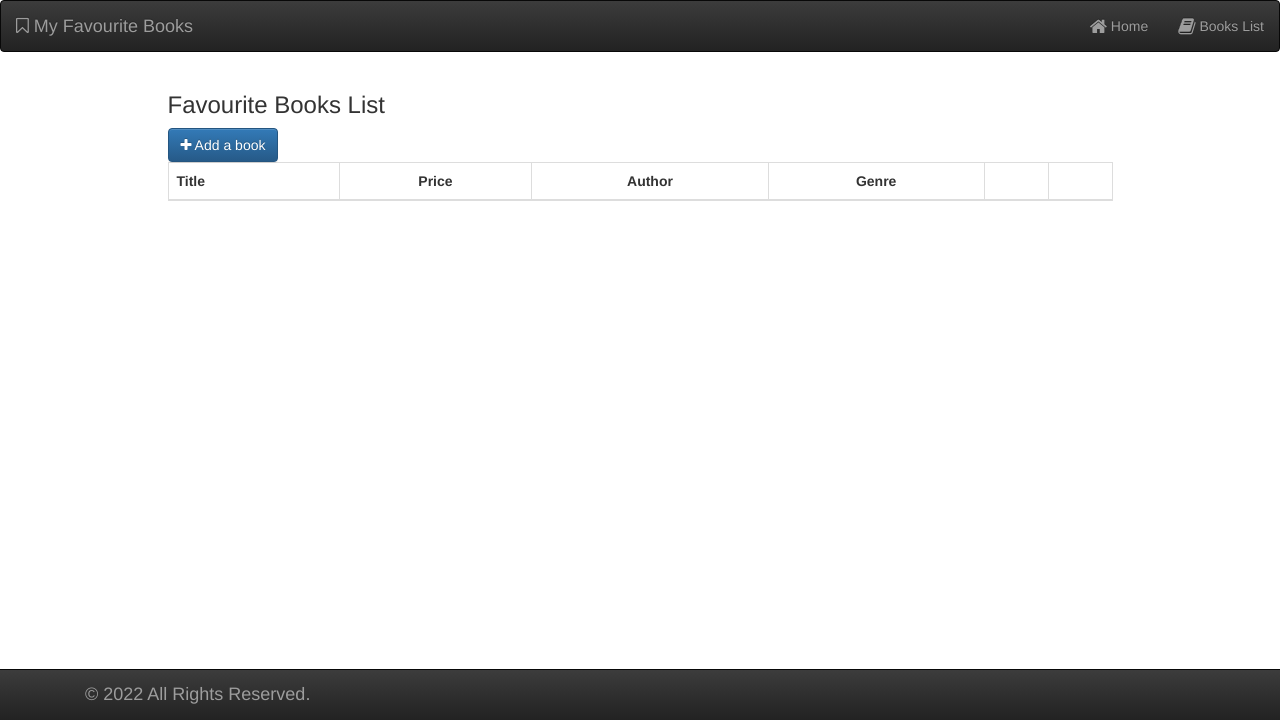
Repository: acarino4/Midterms
Page: http://localhost/books
These files come from the project's save history. The page is drawn as it stood at one moment and after the next save; the edit follows.
The browser window is 1280 px wide. The pictures show the whole page.
The page is served by the project's Node server (COMP229-F2020-MidTerm-Start/server.js). Other server files are loaded and not shown. Queries for data that is not in the repository find no rows.

Above is the page before, as saved 2022-10-22 14:11:31.

### COMP229-F2020-MidTerm-Start/server/views/books/index.ejs
<!-- Angelo Caster M. Carino
Student ID: 301223955
Midterms-->


<% include ../partials/header.ejs %>

    <!-- MAIN CONTENT -->
    <div class="container">
      <div class="row">
        <div class="col-md-offset-1 col-md-10">
          <h3>Favourite Books List </h3>
          <!-- ------------------------ -->
          <!-- FIX THE ADD BUTTON BELOW -->
          <!-- ------------------------ -->
          <a href="/book/add" class="btn btn-primary"><i class="fa fa-plus"></i> Add a book</a>
          <br>
          <div class="table-responsive">
            <table class="table table-bordered table-striped table-hover">
              <thead>
                <tr>
                  <th>Title</th>
                  <th class="text-center">Price</th>
                  <th class="text-center">Author</th>
                  <th class="text-center">Genre</th>
                  <th class="text-center"></th>
                  <th class="text-center"></th>
                </tr>
                </thead>
                <tbody>
                <!-- Template Row -->
                <% for (let count = 0; count < books.length; count++) { %>
                <tr>
                  <td><%= books[count].Title %></td>
                  <td class="text-center">$<%= books[count].Price %></td>
                  <td class="text-center"><%= books[count].Author %></td>
                  <td class="text-center"><%= books[count].Genre %></td>

                  <td class="text-center">
                    <!-- ------------------------ -->
                    <!-- ADD the EDIT BUTTON HERE -->
                    <!-- ------------------------ -->
                    <a href="/books/<%= books[count]._id %>"
                      class="btn btn-primary btn-sm">
                   <i class="fa fa-pencil-square-o"></i> Edit </a>
                  </td>

                  <td class="text-center">
                    <!-- ------------------------ -->
                    <!-- ADD the DELETE BUTTON HERE -->
                    <!-- ------------------------ -->
                    <a href="/books/delete/<%= books[count]._id %>"
                      class="btn btn-danger btn-sm">
                   <i class="fa fa-pencil-square-o"></i> Delete </a>
                  </td>
                </tr>
                <% } %>
              </tbody>
            </table>
          </div>
           <div class="col-md-offset-1 col-md-10 text-center">
            <ul class="pagination pagination-lg pager" id="myPager"></ul>
          </div>
        </div>
      </div>
    </div>

<% include ../partials/footer.ejs %>

### COMP229-F2020-MidTerm-Start/server/views/partials/header.ejs
<!-- Angelo Caster M. Carino
Student ID: 301223955
Midterms-->


<!DOCTYPE html>
<html lang="en">
  <head>
    <meta charset="utf-8">
    <meta name="viewport" content="width=device-width, initial-scale=1">
    <title><%= title %></title>
    <!-- CSS SECTION -->
    <link rel="stylesheet" href="/Scripts/lib/bootstrap/dist/css/bootstrap.min.css">
    <link rel="stylesheet" href="/Scripts/lib/bootstrap/dist/css/bootstrap-theme.min.css">
    <link rel="stylesheet" href="/Scripts/lib/font-awesome/css/font-awesome.min.css">
    <link rel='stylesheet' href='/Content/app.css' />
  </head>
  <body>

  <nav class="navbar navbar-inverse" role="navigation">
    <!-- Brand and toggle get grouped for better mobile display -->
    <div class="navbar-header">
      <button type="button" class="navbar-toggle" data-toggle="collapse" data-target=".navbar-ex1-collapse">
        <span class="sr-only">Toggle navigation</span>
        <span class="icon-bar"></span>
        <span class="icon-bar"></span>
        <span class="icon-bar"></span>
      </button>
      <a class="navbar-brand" href="/"><i class="fa fa-bookmark-o"></i> My Favourite Books</a>
    </div>

    <!-- Collect the nav links, forms, and other content for toggling -->
    <div class="collapse navbar-collapse navbar-ex1-collapse">
      <ul class="nav navbar-nav navbar-right">
        <% if(title == "Home") { %>
          <li class="active"><a href="/"><i class="fa fa-home fa-lg"></i> Home</a></li>
        <% } else { %>
          <li><a href="/"><i class="fa fa-home fa-lg"></i> Home</a></li>
        <% } %>

          <% if(title == "books") { %>
          <li class="active"><a href="/books"><i class="fa fa-book fa-lg">
          </i> Books List</a></li>
          <% } else { %>
            <li><a href="/books"><i class="fa fa-book fa-lg">
            </i> Books List</a></li>
          <% } %>

      </ul>
    </div><!-- /.navbar-collapse -->
  </nav>

### COMP229-F2020-MidTerm-Start/server/views/partials/footer.ejs
<!-- Angelo Caster M. Carino
Student ID: 301223955
Midterms-->


<nav class="navbar navbar-inverse navbar-fixed-bottom">
  <div class="container">
    <h4  class="navbar-text">&copy; 2022 All Rights Reserved.</h4>
  </div>
</nav>



<!-- JAVASCRIPT SECTION -->
    <script src="/Scripts/lib/jquery/dist/jquery.min.js"></script>
    <script src="/Scripts/lib/bootstrap/dist/js/bootstrap.min.js"></script>
    <script src="/Scripts/app.js"></script>
  </body>
</html>

### COMP229-F2020-MidTerm-Start/server.js
let app = require('./server/config/app');
let debug = require('debug')('comp308-w2019-midterm:server');
let http = require('http');

/**
 * Get port from environment and store in Express.
 */

let port = normalizePort(process.env.PORT || '3000');
app.set('port', port);

/**
 * Create HTTP server.
 */

let server = http.createServer(app);

/**
 * Listen on provided port, on all network interfaces.
 */

server.listen(port);
server.on('error', onError);
server.on('listening', onListening);

/**
 * Normalize a port into a number, string, or false.
 */

function normalizePort(val) {
  let port = parseInt(val, 10);

  if (isNaN(port)) {
    // named pipe
    return val;
  }

  if (port >= 0) {
    // port number
    return port;
  }

  return false;
}

/**
 * Event listener for HTTP server "error" event.
 */

function onError(error) {
  if (error.syscall !== 'listen') {
    throw error;
  }

  let bind = typeof port === 'string'
    ? 'Pipe ' + port
    : 'Port ' + port;

  // handle specific listen errors with friendly messages
  switch (error.code) {
    case 'EACCES':
      console.error(bind + ' requires elevated privileges');
      process.exit(1);
      break;
    case 'EADDRINUSE':
      console.error(bind + ' is already in use');
      process.exit(1);
      break;
    default:
      throw error;
  }
}

/**
 * Event listener for HTTP server "listening" event.
 */

function onListening() {
  let addr = server.address();
  let bind = typeof addr === 'string'
    ? 'pipe ' + addr
    : 'port ' + addr.port;
  debug('Listening on ' + bind);
}

### COMP229-F2020-MidTerm-Start/server/routes/books.js
/*Angelo Caster M. Carino
Student ID: 301223955
Midterms*/


// modules required for routing
let express = require('express');
let router = express.Router();
let mongoose = require('mongoose');

// define the book model
let book = require('../models/books');

/* GET books List page. READ */
router.get('/', (req, res, next) => {
  // find all books in the books collection
  book.find( (err, books) => {
    if (err) {
      return console.error(err);
    }
    else {
      res.render('books/index', {
        title: 'Books',
        books: books
      });
    }
  });

});

//  GET the Book Details page in order to add a new Book
router.get('/add', (req, res, next) => {

    /*****************
     * ADD CODE HERE *
     *****************/

     res.render('books/details', {title: 'Add Book', books: '' })

});

// POST process the Book Details page and create a new Book - CREATE
router.post('/add', (req, res, next) => {

  /*****************
   * ADD CODE HERE *
   *****************/

   let newBook = book({
    "Title": req.body.title,
    "Price": req.body.price,
    "Author": req.body.author,
    "Genre": req.body.genre,
    "Description": req.body.description
});

book.create(newBook, (err, book) =>{
    if(err)
    {
        console.log(err);
        res.end(err);
    }
    else
    {
        //it will refresh the Book list
        res.redirect('/books');
    }
});
});

// GET the Book Details page in order to edit an existing Book
router.get('/:id', (req, res, next) => {

  /*****************
   * ADD CODE HERE *
   *****************/
   let id = req.params.id;

   book.findById(id, (err, bookToEdit) => {
       if(err)
       {
           console.log(err);
           res.end(err);
       }
       else
       {
           //it shows the edit view
           res.render('books/details', {title: 'Edit Book', books: bookToEdit })
       }
   });
});

// POST - process the information passed from the details form and update the document
router.post('/:id', (req, res, next) => {

  /*****************
   * ADD CODE HERE *
   *****************/

   let id = req.params.id

   let updatedBook = book({
       "_id": id,
       "Title": req.body.title,
       "Price": req.body.price,
       "Author": req.body.author,
       "Genre": req.body.genre,
       "Description": req.body.description
   });

   book.updateOne({_id: id}, updatedBook, (err) => {
       if(err)
       {
           console.log(err);
           res.end(err);
       }
       else
       {
           // refresh the Book list
           res.redirect('/books');
       }
   });
});

// GET - process the delete by user id
router.get('/delete/:id', (req, res, next) => {

  /*****************
   * ADD CODE HERE *
   *****************/
   let id = req.params.id;

   book.remove({_id: id}, (err) => {
       if(err)
       {
           console.log(err);
           res.end(err);
       }
       else
       {
           // refresh the Book list
           res.redirect('/books');
       }
   });
});


module.exports = router;

### COMP229-F2020-MidTerm-Start/client/Scripts/app.js
/* custom JS goes here */

/* pagination code from http://www.bootply.com/lxa0FF9yhw */
$.fn.pageMe = function(opts){
    var $this = this,
        defaults = {
            perPage: 7,
            showPrevNext: false,
            hidePageNumbers: false
        },
        settings = $.extend(defaults, opts);

    var listElement = $this;
    var perPage = settings.perPage;
    var children = listElement.children();
    var pager = $('.pager');

    if (typeof settings.childSelector!="undefined") {
        children = listElement.find(settings.childSelector);
    }

    if (typeof settings.pagerSelector!="undefined") {
        pager = $(settings.pagerSelector);
    }

    var numItems = children.size();
    var numPages = Math.ceil(numItems/perPage);

    pager.data("curr",0);

    if (settings.showPrevNext){
        $('<li><a href="#" class="prev_link">«</a></li>').appendTo(pager);
    }

    var curr = 0;
    while(numPages > curr && (settings.hidePageNumbers==false)){
        $('<li><a href="#" class="page_link">'+(curr+1)+'</a></li>').appendTo(pager);
        curr++;
    }

    if (settings.showPrevNext){
        $('<li><a href="#" class="next_link">»</a></li>').appendTo(pager);
    }

    pager.find('.page_link:first').addClass('active');
    pager.find('.prev_link').hide();
    if (numPages<=1) {
        pager.find('.next_link').hide();
    }
  	pager.children().eq(1).addClass("active");

    children.hide();
    children.slice(0, perPage).show();

    pager.find('li .page_link').click(function(){
        var clickedPage = $(this).html().valueOf()-1;
        goTo(clickedPage,perPage);
        return false;
    });
    pager.find('li .prev_link').click(function(){
        previous();
        return false;
    });
    pager.find('li .next_link').click(function(){
        next();
        return false;
    });

    function previous(){
        var goToPage = parseInt(pager.data("curr")) - 1;
        goTo(goToPage);
    }

    function next(){
        goToPage = parseInt(pager.data("curr")) + 1;
        goTo(goToPage);
    }

    function goTo(page){
        var startAt = page * perPage,
            endOn = startAt + perPage;

        children.css('display','none').slice(startAt, endOn).show();

        if (page>=1) {
            pager.find('.prev_link').show();
        }
        else {
            pager.find('.prev_link').hide();
        }

        if (page<(numPages-1)) {
            pager.find('.next_link').show();
        }
        else {
            pager.find('.next_link').hide();
        }

        pager.data("curr",page);
      	pager.children().removeClass("active");
        pager.children().eq(page+1).addClass("active");

    }
};

// IIFE
(function(){
  $(".btn-danger").click(function(event){
    if(!confirm("Are you sure?")) {
      event.preventDefault();
      window.location.assign("/games");
    }
  });

 /* pagination code */
  $('#myTable').pageMe(
    {pagerSelector:'#myPager',showPrevNext:true,hidePageNumbers:false,perPage:6}
    );
})();

Loaded but not shown: COMP229-F2020-MidTerm-Start/client/Scripts/lib/bootstrap/dist/css/bootstrap.min.css (library); COMP229-F2020-MidTerm-Start/client/Scripts/lib/bootstrap/dist/css/bootstrap-theme.min.css (library); COMP229-F2020-MidTerm-Start/client/Scripts/lib/font-awesome/css/font-awesome.min.css (library); COMP229-F2020-MidTerm-Start/client/Content/app.css (common file); COMP229-F2020-MidTerm-Start/client/Scripts/lib/jquery/dist/jquery.min.js (library); COMP229-F2020-MidTerm-Start/client/Scripts/lib/bootstrap/dist/js/bootstrap.min.js (library)

After the next save:
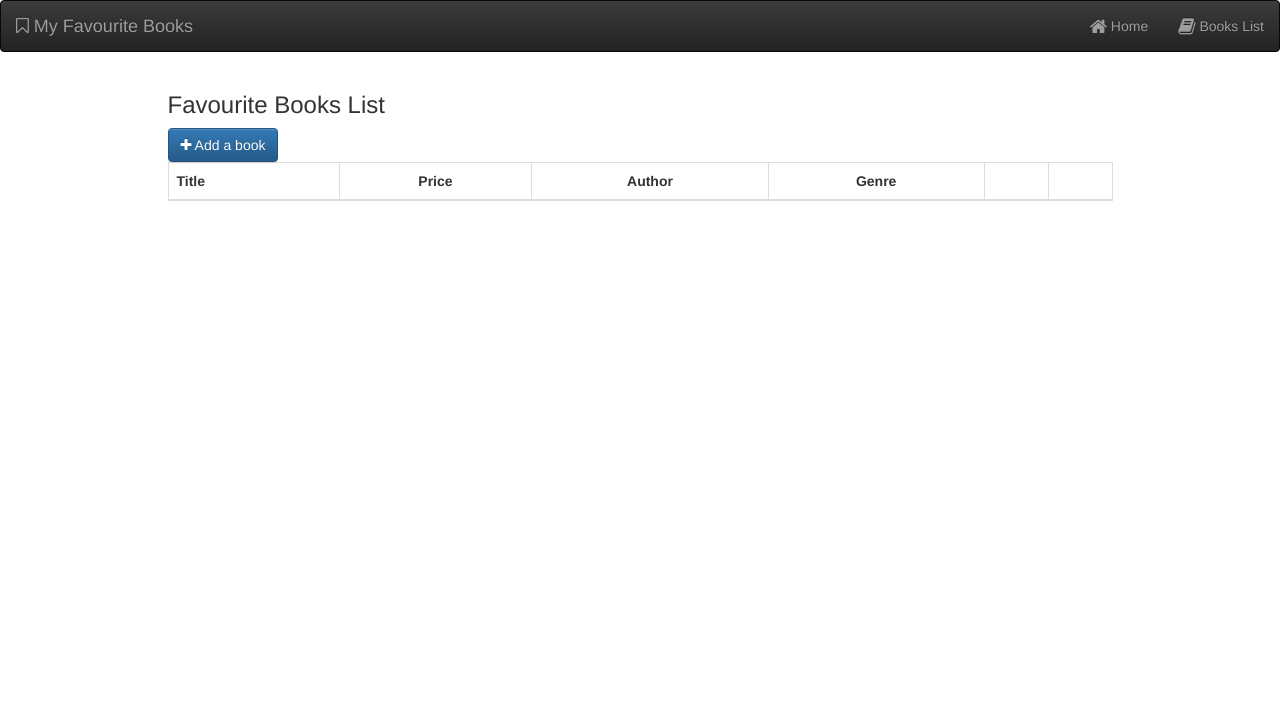
Saved 26 s later.
--- a/COMP229-F2020-MidTerm-Start/server/views/books/index.ejs
+++ b/COMP229-F2020-MidTerm-Start/server/views/books/index.ejs
@@ -65,4 +65,4 @@ Midterms-->
       </div>
     </div>
 
-<% include ../partials/footer.ejs %>
+<% ('include ../partials/footer.ejs'); %>
